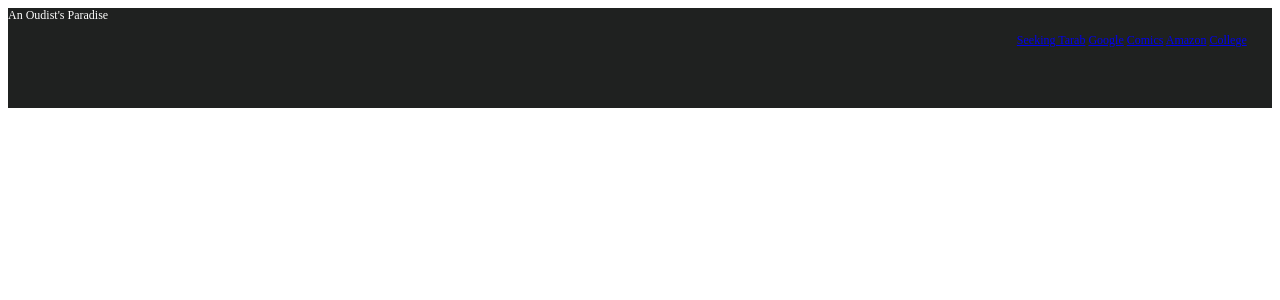
Repository: robvollmar/homework3
Page: index.html
The author's editor kept a record of every edit. The page is drawn from the files as they stood at one moment, then again after the next edit.
The browser window is 1280 px wide. The pictures show the whole page.

Above is the page before.

### index.html
<!DOCTYPE html>
<html>
    <head>
        <link type="text/css" rel="stylesheet" href="stylesheet.css"/>
        <title>An Oudist's Paradise</title>
    </head>
    <body>
        <div class="page">
            <div class="header">
                <div class="headertext">
                An Oudist's Paradise
                </div>

                <div class="headermenu">
                    <a href="http://oudstudent.tumblr.com">Seeking Tarab</a>
                    <a href="http://google.com">Google</a>
                    <a href="http://howlingatthegates.com">Comics</a>
                    <a href="http://amazon.com">Amazon</a>
                    <a href="http://usao.edu">College</a>
                </div>
            </div>
            <div class="body"></div>
            <div class="footer"></div>
        </div>
    </body>
</html>

### stylesheet.css
.page {
    max-width: 1280px;}
.header {
    width: 100%;
    height: 100px;
    background-color: #1F2120;
    color: white;
    font-size: 12px;
    }
.headertext {
    width:25%;
    height: 25px;

}
.headermenu {
    width: 12%
    background-color: white;
    height: 25px;
    float: right;
    margin-right: 2%;
        }

After the next edit:
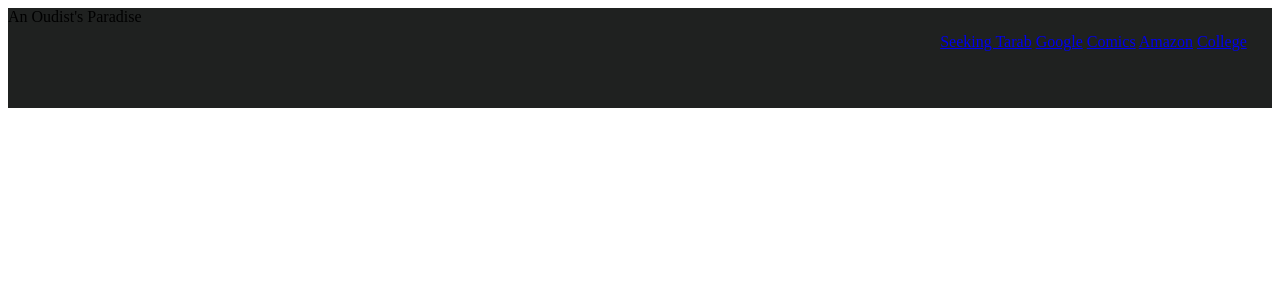
The edit:
--- a/stylesheet.css
+++ b/stylesheet.css
@@ -4,8 +4,6 @@
     width: 100%;
     height: 100px;
     background-color: #1F2120;
-    color: white;
-    font-size: 12px;
     }
 .headertext {
     width:25%;
